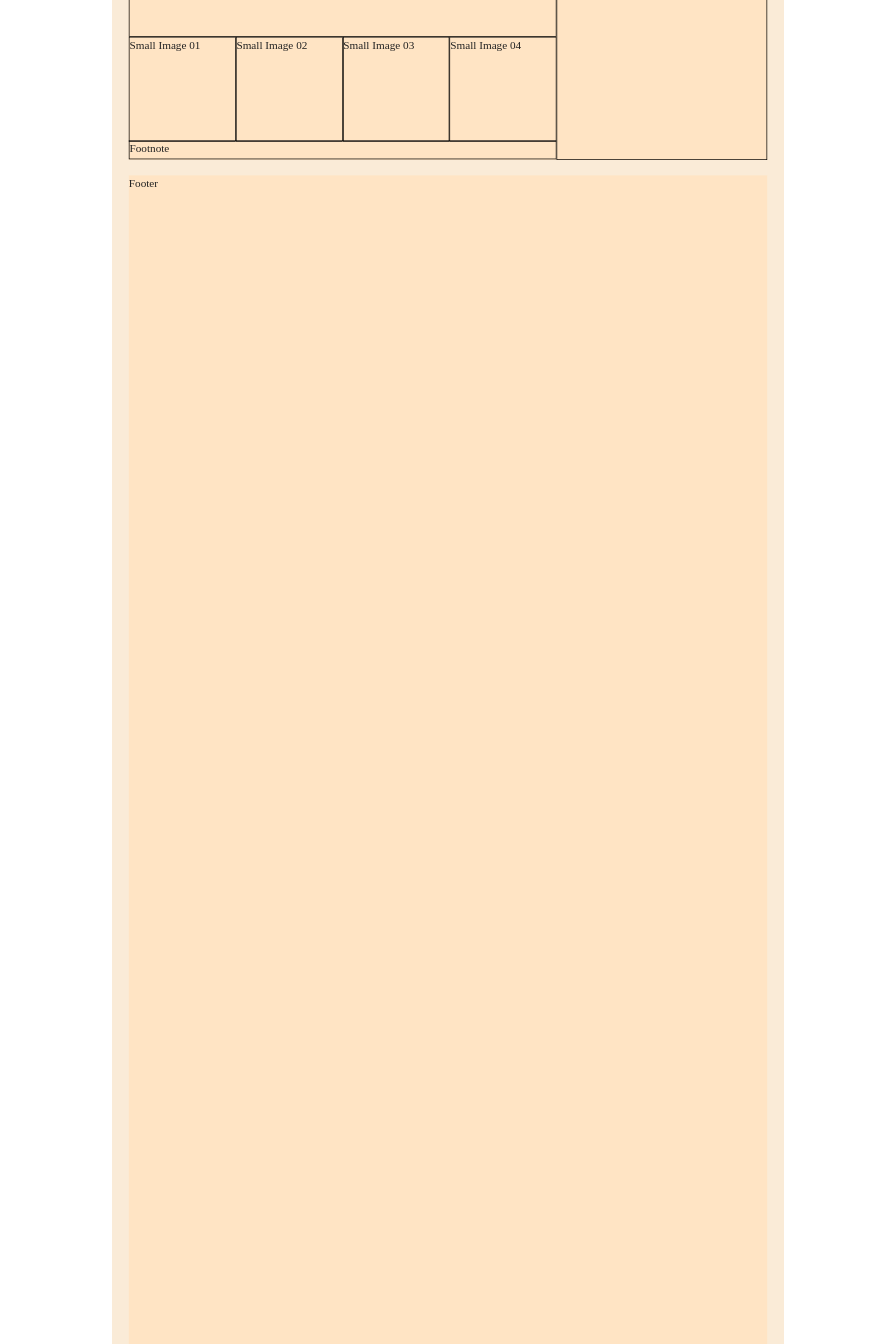
Repository: giovanabirck/cover-magazine-giovanabirck
Page: index.html
An editor plug-in stored every save of this project. The page is shown before and after the next save, followed by the edit.
The browser window is 1280 px wide. The pictures show the part of the page from y = 2022 to 3942 px (the page is 5000 px tall), at 70% of full size.

Above is the page before, as saved 2023-01-14 12:50:10.

### index.html
<!doctype html>
<html class="no-js" lang="">

<head>
  <meta charset="utf-8">
  <title></title>
  <meta name="description" content="">
  <meta name="viewport" content="width=device-width, initial-scale=1">

  <meta property="og:title" content="">
  <meta property="og:type" content="">
  <meta property="og:url" content="">
  <meta property="og:image" content="">

  <link rel="manifest" href="site.webmanifest">
  <link rel="apple-touch-icon" href="icon.png">
  <!-- Place favicon.ico in the root directory -->

  <link rel="stylesheet" href="css/normalize.css">
  <link rel="stylesheet" href="css/main.css">

  <meta name="theme-color" content="#fafafa">
</head>

<body>

  <div class="main-container">

    <div class="header">
      <div class="header-content">
        <div class="header-content-logo">Logo</div>
        <div class="header-content-search">Search</div>
        <div class="header-content-icons">
          <div class="header-content-icons-un">Icon 01</div>
          <div class="header-content-icons-un">Icon 02</div>
          <div class="header-content-icons-un">Icon 03</div>
        </div>
      </div>
      <div class="header-menu">
        <div class="header-menu-un">Home</div>
        <div class="header-menu-un">Cinema</div>
        <div class="header-menu-un">Magazine</div>
        <div class="header-menu-un">Cssauthor.com</div>
        <div class="header-menu-un">Topmenu</div>
        <div class="header-menu-un">Archives</div>
        <div class="header-menu-un">Contact Us</div>
      </div>
    </div>

    <br>

    <div class="featured">
      <div class="featured-h1">Top Stories</div>
      <div class="featured-stories">
        <div class="featured-stories-un">
          <div class="featured-stories-un-image">Image</div>
          <div class="featured-stories-un-title">Title</div>
          <div class="featured-stories-un-text">Lorem ipsum is simply dummy text of the printing and typesetting</div>
        </div>
        <div class="featured-stories-un">
          <div class="featured-stories-un-image">Image</div>
          <div class="featured-stories-un-title">Title</div>
          <div class="featured-stories-un-text">Lorem ipsum is simply dummy text of the printing and typesetting</div>
        </div>
        <div class="featured-stories-un">
          <div class="featured-stories-un-image">Image</div>
          <div class="featured-stories-un-title">Title</div>
          <div class="featured-stories-un-text">Lorem ipsum is simply dummy text of the printing and typesetting</div>
        </div>
      </div>
    </div>

    <br>

    <div class="main">
      <div class="main-content">
        <div class="main-content-un">
          <div class="main-content-un-title">Title</div>
          <div class="main-content-un-text">Text</div>
          <div class="main-content-un-images">
            <div class="main-content-un-images-large">Main Image</div>
            <div class="main-content-un-images-small">
              <div class="main-content-un-images-small-un">Small Image 01</div>
              <div class="main-content-un-images-small-un">Small Image 02</div>
              <div class="main-content-un-images-small-un">Small Image 03</div>
              <div class="main-content-un-images-small-un">Small Image 04</div>
            </div>
          </div>
          <div class="main-content-un-footnote">Footnote</div>
        </div>

        <br>

        <div class="main-content-un">
          <div class="main-content-un-title">Title</div>
          <div class="main-content-un-text">Text</div>
          <div class="main-content-un-images">
            <div class="main-content-un-images-large">Main Image</div>
            <div class="main-content-un-images-small">
              <div class="main-content-un-images-small-un">Small Image 01</div>
              <div class="main-content-un-images-small-un">Small Image 02</div>
              <div class="main-content-un-images-small-un">Small Image 03</div>
              <div class="main-content-un-images-small-un">Small Image 04</div>
            </div>
          </div>
          <div class="main-content-un-footnote">Footnote</div>
        </div>
      </div>



      <div class="main-side">
        <div class="main-side-container">
          <div class="main-side-container01-title">
            <div class="main-side-container01-title-un">Top Stories</div>
            <div class="main-side-container01-title-un">
              <div class="main-side-container01-title-un-fashion">Fashion</div>
              <div class="main-side-container01-title-un-cinema">Cinema</div>
              <div class="main-side-container01-title-un-television">Television</div>
            </div>
          </div>
          <div class="main-side-container01-content">
            <div class="main-side-container01-content-un">Content 01</div>
            <div class="main-side-container01-content-un">Content 02</div>
            <div class="main-side-container01-content-un">Content 03</div>
          </div>
        </div>

        <br>

        <div class="main-side-container">
          <div class="main-side-container02-title">You might also like</div>
          <div class="main-side-container02-content">
            <div class="main-side-container02-content-un">Content 01</div>
            <div class="main-side-container02-content-un">Content 02</div>
            <div class="main-side-container02-content-un">Content 03</div>
            <div class="main-side-container02-content-un">Content 04</div>
          </div>
        </div>

        <br>

        <div class="main-side-container">
          <div class="main-side-container03-title">Archives</div>
          <div class="main-side-container03-content">
            <div class="main-side-container03-content-un">Content 01</div>
            <div class="main-side-container03-content-un">Content 02</div>
            <div class="main-side-container03-content-un">Content 03</div>
            <div class="main-side-container03-content-un">Content 04</div>
            <div class="main-side-container03-content-un">Content 05</div>
            <div class="main-side-container03-content-un">Content 06</div>
            <div class="main-side-container03-content-un">Content 07</div>
          </div>
        </div>

        <br>

        <div class="main-side-container">
          <div class="main-side-container04-title">Tag Cloud</div>
          <div class="main-side-container04-content">Content</div>
        </div>
      </div>
    </div>

    <br>

    <div class="footer">Footer</div>

  </div>

  <script src="js/vendor/modernizr-3.11.2.min.js"></script>
  <script src="js/plugins.js"></script>
  <script src="js/main.js"></script>

  <!-- Google Analytics: change UA-XXXXX-Y to be your site's ID. -->
  <script>
    window.ga = function () { ga.q.push(arguments) }; ga.q = []; ga.l = +new Date;
    ga('create', 'UA-XXXXX-Y', 'auto'); ga('set', 'anonymizeIp', true); ga('set', 'transport', 'beacon'); ga('send', 'pageview')
  </script>
  <script src="https://www.google-analytics.com/analytics.js" async></script>
</body>

</html>

### css/main.css
/*! HTML5 Boilerplate v8.0.0 | MIT License | https://html5boilerplate.com/ */

/* main.css 2.1.0 | MIT License | https://github.com/h5bp/main.css#readme */
/*
 * What follows is the result of much research on cross-browser styling.
 * Credit left inline and big thanks to Nicolas Gallagher, Jonathan Neal,
 * Kroc Camen, and the H5BP dev community and team.
 */

/* ==========================================================================
   Base styles: opinionated defaults
   ========================================================================== */

html {
  color: #222;
  font-size: 1em;
  line-height: 1.4;
  margin: 0px 160px 0px 160px;
}

/*
 * Remove text-shadow in selection highlight:
 * https://twitter.com/miketaylr/status/12228805301
 *
 * Vendor-prefixed and regular ::selection selectors cannot be combined:
 * https://stackoverflow.com/a/16982510/7133471
 *
 * Customize the background color to match your design.
 */

::-moz-selection {
  background: #b3d4fc;
  text-shadow: none;
}

::selection {
  background: #b3d4fc;
  text-shadow: none;
}

/*
 * A better looking default horizontal rule
 */

hr {
  display: block;
  height: 1px;
  border: 0;
  border-top: 1px solid #ccc;
  margin: 1em 0;
  padding: 0;
}

/*
 * Remove the gap between audio, canvas, iframes,
 * images, videos and the bottom of their containers:
 * https://github.com/h5bp/html5-boilerplate/issues/440
 */

audio,
canvas,
iframe,
img,
svg,
video {
  vertical-align: middle;
}

/*
 * Remove default fieldset styles.
 */

fieldset {
  border: 0;
  margin: 0;
  padding: 0;
}

/*
 * Allow only vertical resizing of textareas.
 */

textarea {
  resize: vertical;
}

/* ==========================================================================
   Author's custom styles
   ========================================================================== */

/* ==========================================================================
   Helper classes
   ========================================================================== */

/*
 * Hide visually and from screen readers
 */

.hidden,
[hidden] {
  display: none !important;
}

/*
 * Hide only visually, but have it available for screen readers:
 * https://snook.ca/archives/html_and_css/hiding-content-for-accessibility
 *
 * 1. For long content, line feeds are not interpreted as spaces and small width
 *    causes content to wrap 1 word per line:
 *    https://medium.com/@jessebeach/beware-smushed-off-screen-accessible-text-5952a4c2cbfe
 */

.sr-only {
  border: 0;
  clip: rect(0, 0, 0, 0);
  height: 1px;
  margin: -1px;
  overflow: hidden;
  padding: 0;
  position: absolute;
  white-space: nowrap;
  width: 1px;
  /* 1 */
}

/*
 * Extends the .sr-only class to allow the element
 * to be focusable when navigated to via the keyboard:
 * https://www.drupal.org/node/897638
 */

.sr-only.focusable:active,
.sr-only.focusable:focus {
  clip: auto;
  height: auto;
  margin: 0;
  overflow: visible;
  position: static;
  white-space: inherit;
  width: auto;
}

/*
 * Hide visually and from screen readers, but maintain layout
 */

.invisible {
  visibility: hidden;
}

/*
 * Clearfix: contain floats
 *
 * For modern browsers
 * 1. The space content is one way to avoid an Opera bug when the
 *    `contenteditable` attribute is included anywhere else in the document.
 *    Otherwise it causes space to appear at the top and bottom of elements
 *    that receive the `clearfix` class.
 * 2. The use of `table` rather than `block` is only necessary if using
 *    `:before` to contain the top-margins of child elements.
 */

.clearfix::before,
.clearfix::after {
  content: " ";
  display: table;
}

.clearfix::after {
  clear: both;
}

/* ==========================================================================
   EXAMPLE Media Queries for Responsive Design.
   These examples override the primary ('mobile first') styles.
   Modify as content requires.
   ========================================================================== */

@media only screen and (min-width: 35em) {
  /* Style adjustments for viewports that meet the condition */
}

@media print,
  (-webkit-min-device-pixel-ratio: 1.25),
  (min-resolution: 1.25dppx),
  (min-resolution: 120dpi) {
  /* Style adjustments for high resolution devices */
}

/* ==========================================================================
   Print styles.
   Inlined to avoid the additional HTTP request:
   https://www.phpied.com/delay-loading-your-print-css/
   ========================================================================== */

@media print {
  *,
  *::before,
  *::after {
    background: #fff !important;
    color: #000 !important;
    /* Black prints faster */
    box-shadow: none !important;
    text-shadow: none !important;
  }

  a,
  a:visited {
    text-decoration: underline;
  }

  a[href]::after {
    content: " (" attr(href) ")";
  }

  abbr[title]::after {
    content: " (" attr(title) ")";
  }

  /*
   * Don't show links that are fragment identifiers,
   * or use the `javascript:` pseudo protocol
   */
  a[href^="#"]::after,
  a[href^="javascript:"]::after {
    content: "";
  }

  pre {
    white-space: pre-wrap !important;
  }

  pre,
  blockquote {
    border: 1px solid #999;
    page-break-inside: avoid;
  }

  /*
   * Printing Tables:
   * https://web.archive.org/web/20180815150934/http://css-discuss.incutio.com/wiki/Printing_Tables
   */
  thead {
    display: table-header-group;
  }

  tr,
  img {
    page-break-inside: avoid;
  }

  p,
  h2,
  h3 {
    orphans: 3;
    widows: 3;
  }

  h2,
  h3 {
    page-break-after: avoid;
  }
}

.main-container{
  background-color: antiquewhite;
  width: 100%;
  height: 5000px;
  display: flex;
  flex-direction: column;
  align-items: center;
}

.header {
  background-color: bisque;
  width: 95%;
  height: 120px;
  display: flex;
  flex-direction: column;
  justify-content: center;
}

.header-content{
  width: 100%;
  height: 80px;
  display: flex;
}

.header-content-logo{
  border: solid 1px black;
  width: 33%;
  text-align: center;
}

.header-content-search{
  border: solid 1px black;
  width: 67%;
  text-align: center;
}

.header-content-icons{
  width: 33%;
  text-align: center;
  display: flex;
}

.header-content-icons-un{
  border: solid 1px black;
  width: 100%;
  text-align: center;
}

.header-menu{
  background-color: bisque;
  width: 100%;
  height: 40px;
  text-align: center;
  display: flex;
}

.header-menu-un{
  border: solid 1px black;
  width: 100%;
  text-align: center;
}

.featured{
  background-color: bisque;
  width: 95%;
  height: 300px;
  display: flex;
  flex-direction: column;
}

.featured-h1{
  border: solid 1px black;
  width: 100%;
  height: 40px;
}

.featured-stories{
  width: 100%;
  height: 300px;
  display: flex;
}

.featured-stories-un-image{
  border: solid 1px black;
  height: 190px;
}

.featured-stories-un-title{
  border: solid 1px black;
  height: 30px;
}

.featured-stories-un-text{
  border: solid 1px black;
  height: 50px;
}

.main{
  width: 95%;
  height: 1785px;
  display: flex;
}

.main-content{
  background-color: bisque;
  width: 67%;
  height: 1785px;
  display: flex;
  flex-direction: column;
}

.main-content-un{
  width: 100%;
  height: 900px;
}

.main-content-un-title{
  border: solid 1px black;
  height: 75px;
}

.main-content-un-text{
  border: solid 1px black;
  height: 150px;
}

.main-content-un-images{
  height: 625px;
}

.main-content-un-images-large{
  border: solid 1px black;
  height: 475px;
}

.main-content-un-images-small{
  width: 100%;
  height: 150px;
  display: flex;
}

.main-content-un-images-small-un{
  border: solid 1px black;
  width: 100%;
}

.main-content-un-footnote{
  border: solid 1px black;
  height: 25px;
}

.main-side{
  background-color: bisque;
  width: 33%;
  height: 1785px;
  display: flex;
  flex-direction: column;
}

.main-side-container{
  height: 100%;
  display: flex;
  flex-direction: column;
}

.main-side-container01-title{
  border: solid 1px black;
  height: 17%;
  display: flex;
  flex-direction: column;
}

.main-side-container01-title-un{
  height: 100%;
  display: flex;
}

.main-side-container01-title-un-fashion{
  border: solid 1px black;
  width: 100%;
}

.main-side-container01-title-un-cinema{
  border: solid 1px black;
  width: 100%;
}

.main-side-container01-title-un-television{
  border: solid 1px black;
  width: 100%;
}

.main-side-container01-content{
  height: 83%;
  display: flex;
  flex-direction: column;
}

.main-side-container01-content-un{
  border: solid 1px black;
  height: 100%;
}

.main-side-container02-title{
  border: solid 1px black;
  height: 10%;
}

.main-side-container02-content{
  height: 90%;
  display: flex;
  flex-direction: column;
}

.main-side-container02-content-un{
  border: solid 1px black;
  height: 100%;
}

.main-side-container03-title{
  border: solid 1px black;
  height: 10%;
}

.main-side-container03-content{
  height: 90%;
  display: flex;
  flex-direction: column;
}

.main-side-container03-content-un{
  border: solid 1px black;
  height: 100%;
}

.main-side-container04-title{
  border: solid 1px black;
  height: 10%;
}

.main-side-container04-content{
  border: solid 1px black;
  height: 90%;
}

.footer{
  background-color: bisque;
  border: ;
  width: 95%;
  height: 1785px;
  display: flex;
}

### js/plugins.js
// Avoid `console` errors in browsers that lack a console.
(function() {
  var method;
  var noop = function () {};
  var methods = [
    'assert', 'clear', 'count', 'debug', 'dir', 'dirxml', 'error',
    'exception', 'group', 'groupCollapsed', 'groupEnd', 'info', 'log',
    'markTimeline', 'profile', 'profileEnd', 'table', 'time', 'timeEnd',
    'timeline', 'timelineEnd', 'timeStamp', 'trace', 'warn'
  ];
  var length = methods.length;
  var console = (window.console = window.console || {});

  while (length--) {
    method = methods[length];

    // Only stub undefined methods.
    if (!console[method]) {
      console[method] = noop;
    }
  }
}());

// Place any jQuery/helper plugins in here.

Loaded but not shown: css/normalize.css (library); js/vendor/modernizr-3.11.2.min.js (library); js/main.js (no stored copy; drawn as an empty file)

After the next save:
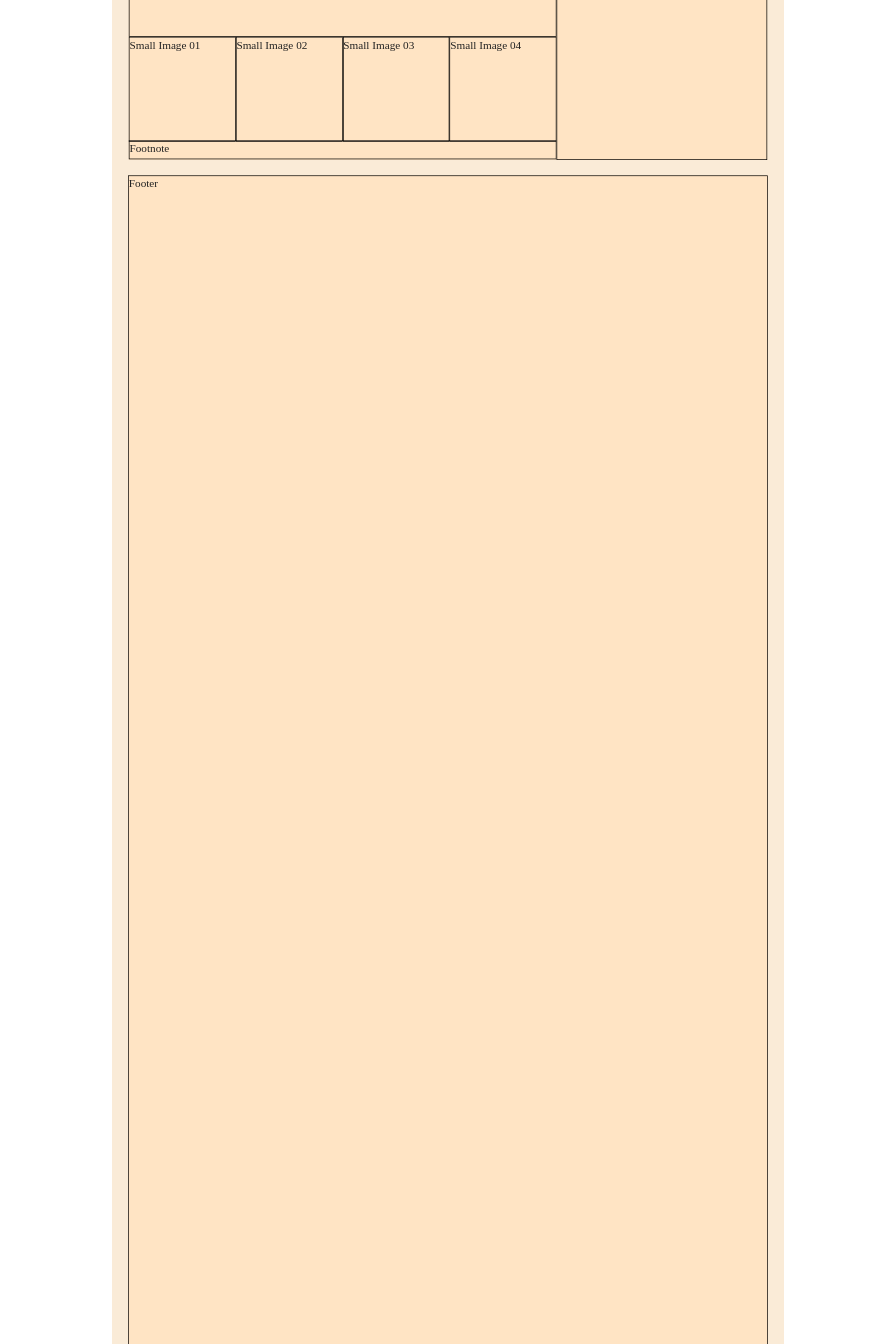
Saved 8 s later.
--- a/css/main.css
+++ b/css/main.css
@@ -509,7 +509,7 @@
 
 .footer{
   background-color: bisque;
-  border: ;
+  border: solid 1px black;
   width: 95%;
   height: 1785px;
   display: flex;
